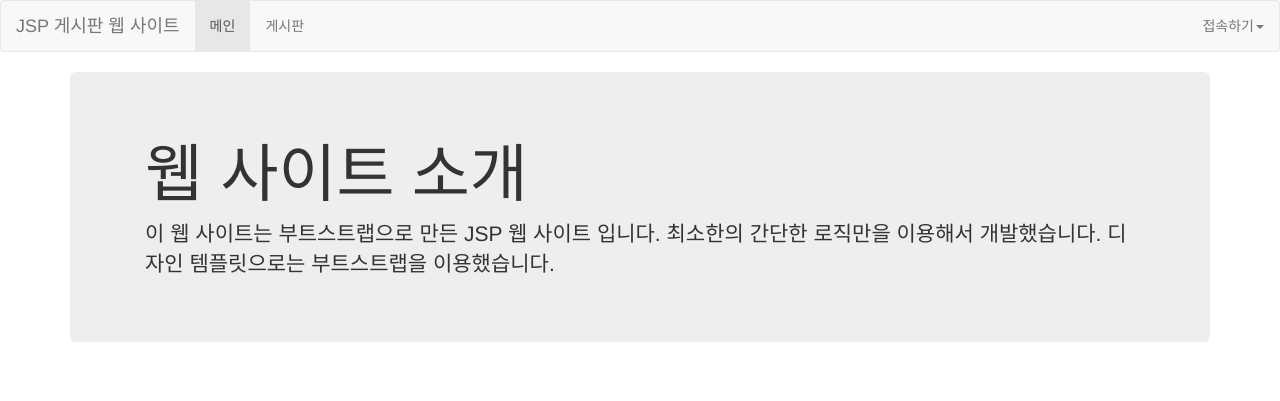
Repository: ksh125/JSP-Notice_Board
Page: http://localhost/BBS/main.jsp
An editor plug-in stored every save of this project. The page is shown before and after the next save, followed by the edit.
The browser window is 1280 px wide. The pictures show the whole page.
Some web libraries are served in a nearby version. The page is served by Tomcat 9. Other server files are loaded and not shown.

Above is the page before, as saved 2022-10-29 16:47:14.

### BBS/src/main/webapp/main.jsp
<%@ page language="java" contentType="text/html; charset=UTF-8"
    pageEncoding="UTF-8"%>
<%@ page import="java.io.PrintWriter" %>
<!DOCTYPE html>
<html>
<head>
<meta http-equiv="Content-Type" content="text/html; charset=UTF-8">
<meta name="viewport" content="width=device-width", initial-scale="1" >  <!-- 반응형 웹에 사용하는 메타태그 -->
<link rel="stylesheet" href="css/bootstrap.css"> <!-- 참조  -->
<title>JSP 게시판 웹 사이트</title>
</head>
<body>
<%
    String userID = null;
    if (session.getAttribute("userID") != null)
    {
        userID = (String)session.getAttribute("userID");
    }
%>
    <nav class ="navbar navbar-default">
        <div class="navbar-header"> <!-- 홈페이지의 로고 -->
            <button type="button" class="navbar-toggle collapsed"
                data-toggle="collapse" data-target="#bs-example-navbar-collapse-1"
                aria-expand="false">
                <span class ="icon-bar"></span> <!-- 줄였을때 옆에 짝대기 -->
                <span class ="icon-bar"></span>
                <span class ="icon-bar"></span>
            </button>
            <a class ="navbar-brand" href="main.jsp">JSP 게시판 웹 사이트</a>
        </div>
        <div class="collapse navbar-collapse" id="bs-example-navbar-collapse-1">
            <ul class="nav navbar-nav">
                <li class="active"><a href="main.jsp">메인</a></li>
                <li><a href="bbs.jsp">게시판</a></li>
            </ul>
            <%
                if(userID == null)
                {
            %>
            <ul class="nav navbar-nav navbar-right">
                <li class="dropdown">
                <a href="#" class = "dropdown-toggle"
                    data-toggle="dropdown" role ="button" aria-haspopup="true"
                    aria-expanded="false">접속하기<span class="caret"></span></a>
                    <ul class="dropdown-menu">
                        <li><a href="login.jsp">로그인</a></li>
                        <li><a href="join.jsp">회원가입</a></li>
                    </ul>
                </li>
            </ul>
            <%
                } else {
            %>
            <ul class="nav navbar-nav navbar-right">
                <li class="dropdown">
                <a href="#" class = "dropdown-toggle"
                    data-toggle="dropdown" role ="button" aria-haspopup="true"
                    aria-expanded="false">회원관리<span class="caret"></span></a>
                    <ul class="dropdown-menu">
                        <li><a href="loginAction.jsp">로그아웃</a></li>
                    </ul>
                </li>
            </ul>
            <%
                }
            %>
        </div>
    </nav>
    <div class = "container">
    	<div class = "jumbotron">
    		<div class = container>
    			<h1>웹 사이트 소개</h1>
    			<p>이 웹 사이트는 부트스트랩으로 만든 JSP 웹 사이트 입니다. 최소한의 간단한 로직만을 이용해서 개발했습니다. 디자인 템플릿으로는 부트스트랩을 이용했습니다.</p>

    		</div>
    	</div>
    </div>
    <script src="https://code.jquery.com/jquery-3.1.1.min.js"></script>
    <script src="js/bootstrap.js"></script>
</body>
</html>

Loaded but not shown: BBS/src/main/webapp/css/bootstrap.css (library); BBS/src/main/webapp/js/bootstrap.js (library)

After the next save:
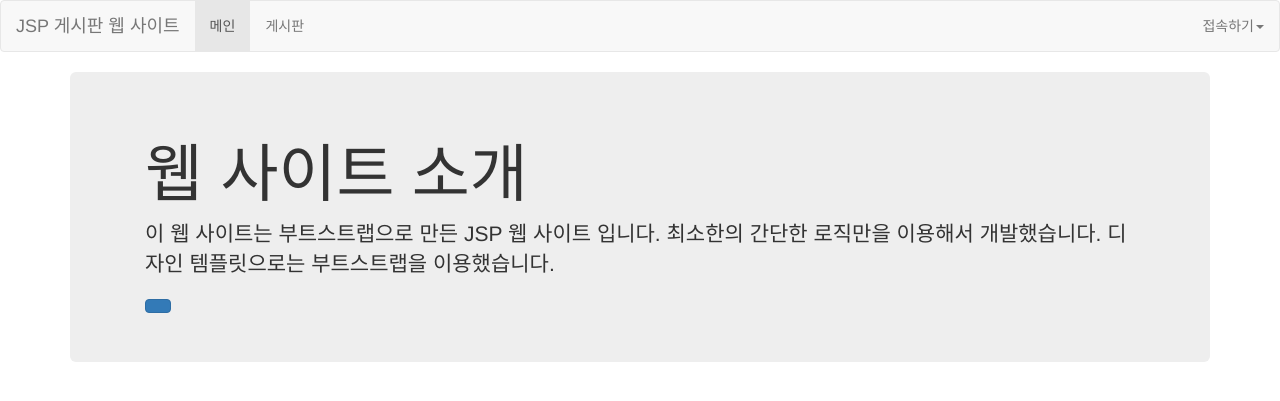
Saved 3 min 5 s later.
--- a/BBS/src/main/webapp/main.jsp
+++ b/BBS/src/main/webapp/main.jsp
@@ -71,7 +71,7 @@
     		<div class = container>
     			<h1>웹 사이트 소개</h1>
     			<p>이 웹 사이트는 부트스트랩으로 만든 JSP 웹 사이트 입니다. 최소한의 간단한 로직만을 이용해서 개발했습니다. 디자인 템플릿으로는 부트스트랩을 이용했습니다.</p>
-
+    			<a class = "btn btn-primary btn-pull "href = #"></a>
     		</div>
     	</div>
     </div>
